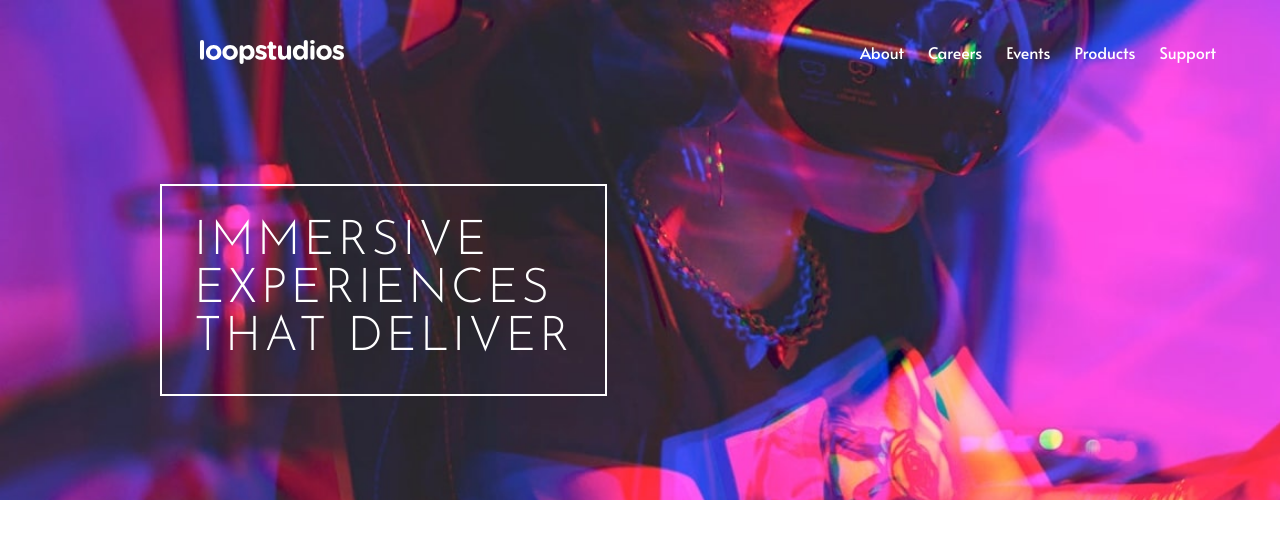
Repository: gligor99/loopstudios-fm
Page: /
An editor plug-in stored every save of this project. The page is shown before and after the next save, followed by the edit.
The browser window is 1280 px wide. The pictures show the whole page.
The project was rebuilt for these pictures with package versions that can differ from the ones it lists, and the page was loaded fresh each time.

Above is the page before, as saved 2021-11-28 15:25:02.

After the next save:
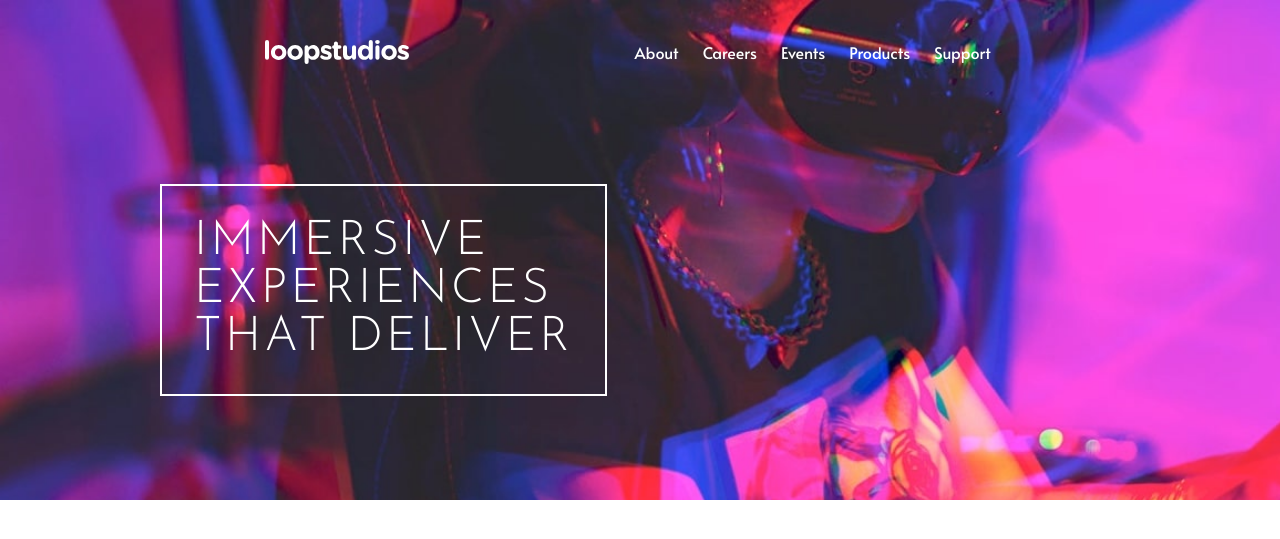
Saved 6 s later.
--- a/src/components/Navbar/navbar.css
+++ b/src/components/Navbar/navbar.css
@@ -1,10 +1,10 @@
 .wrapper {
   display: flex;
   flex-direction: row;
-  justify-content: space-between;
+  justify-content: space-evenly;
   align-items: center;
   margin: auto;
-  margin-left: 10rem;
+  margin-left: ;
   padding: 2.5rem;
   background-color: transparent;
 }
